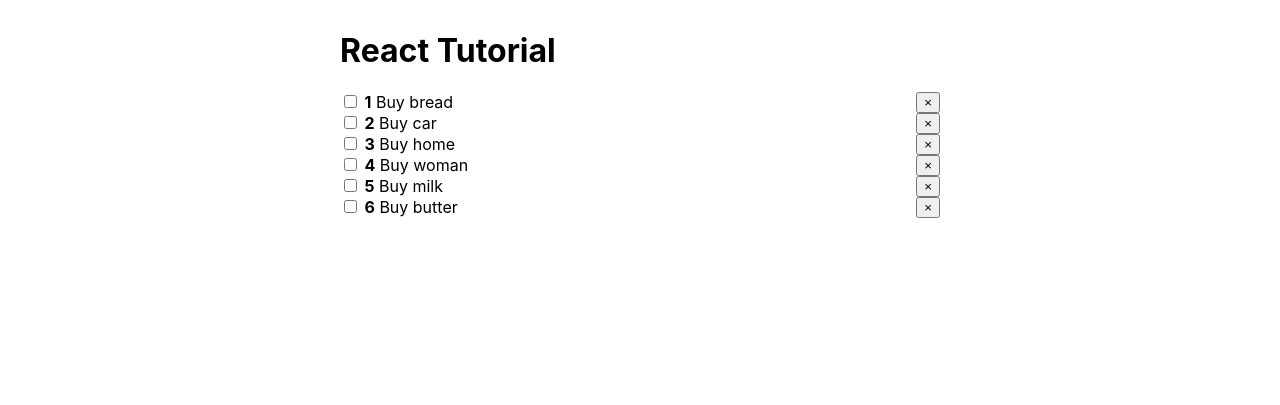
Repository: GregorPiev/rorganizer
Page: /
These files come from the project's save history. The page is drawn as it stood at one moment and after the next save; the edit follows.
The browser window is 1280 px wide. The pictures show the whole page.
The project was rebuilt for these pictures with package versions that can differ from the ones it lists, and the page was loaded fresh each time.

Above is the page before, as saved 2020-08-18 14:05:30.

### src/index.css
body {
	margin: 0;
	font-family: -apple-system, BlinkMacSystemFont, 'Segoe UI', 'Roboto', 'Oxygen',
		'Ubuntu', 'Cantarell', 'Fira Sans', 'Droid Sans', 'Helvetica Neue',
		sans-serif;
	-webkit-font-smoothing: antialiased;
	-moz-osx-font-smoothing: grayscale;
}

code {
	font-family: source-code-pro, Menlo, Monaco, Consolas, 'Courier New',
		monospace;
}
.wrapper {
	padding-top: 5px;
	margin: 5px auto;
	width: 600px;
}

### src/App.js
import React from 'react';
import TodoList from './Todo/TodoList/TodoList';

function App() {
  const todos = [
    { id: 1, completed: false, title: 'Buy bread' },
    { id: 2, completed: false, title: 'Buy car' },
    { id: 3, completed: false, title: 'Buy home' },
    { id: 4, completed: false, title: 'Buy woman' },
    { id: 5, completed: false, title: 'Buy milk' },
    { id: 6, completed: false, title: 'Buy butter' }
  ];
  return (
    <div className='wrapper'>
      <h1>React Tutorial</h1>
      <TodoList todos={todos} />
    </div>
  );
}

export default App;

### src/Todo/TodoList/TodoList.js
import React from 'react';
import PropTypes from 'prop-types';
import './TodoList.css';
import TodoItem from '../TodoItem/TodoItem';


function TodoList(props) {
    return (
        <ul className="ul_base">
            {
                props.todos.map((todo, index) => {
                    return <TodoItem key={todo.id} todo={todo} index={index} />
                })
            }
        </ul>
    )

}

TodoList.propTypes = {
    todos: PropTypes.arrayOf(PropTypes.object).isRequired
}
export default TodoList;

### src/Todo/TodoList/TodoList.css
.ul_base {
    list-style: none;
    margin: 0;
    padding: 0;
}

### src/Todo/TodoItem/TodoItem.js
import React from 'react';
import PropTypes from 'prop-types';
import './TodoItem.css';

function TodoItem({ todo, index }) {

    return (
        <li>
            <span>
                <input type='checkbox' />&nbsp;
                <strong>{index + 1}</strong>&nbsp;
                {todo.title}
            </span>
            <button>&times;</button>

        </li>
    )
}

TodoItem.propTypes = {
    todo: PropTypes.object.isRequired,
    index: PropTypes.number.isRequired
}

export default TodoItem;

### src/Todo/TodoItem/TodoItem.css
li{
    display: flex;
    justify-content: space-between;
    align-items: center;
}

Loaded but not shown: public/index.html (common file); src/index.js (common file); src/serviceWorker.js (common file)

After the next save:
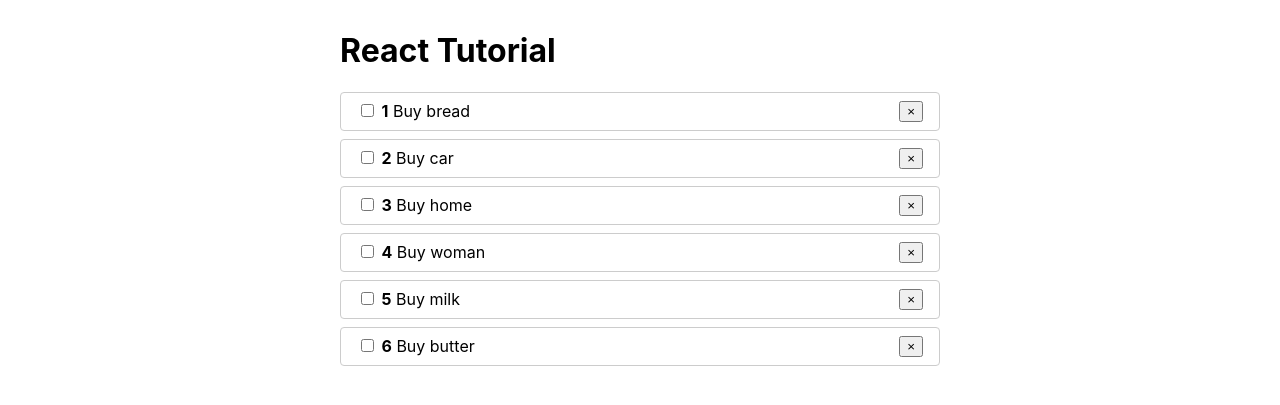
Saved 116 s later.
--- a/src/Todo/TodoItem/TodoItem.css
+++ b/src/Todo/TodoItem/TodoItem.css
@@ -1,5 +1,9 @@
-li{
-    display: flex;
-    justify-content: space-between;
-    align-items: center;
+li {
+  display: flex;
+  justify-content: space-between;
+  align-items: center;
+  padding: 0.5rem 1rem;
+  border: 1px solid #cccccc;
+  border-radius: 4px;
+  margin-bottom: 0.5rem;
 }
